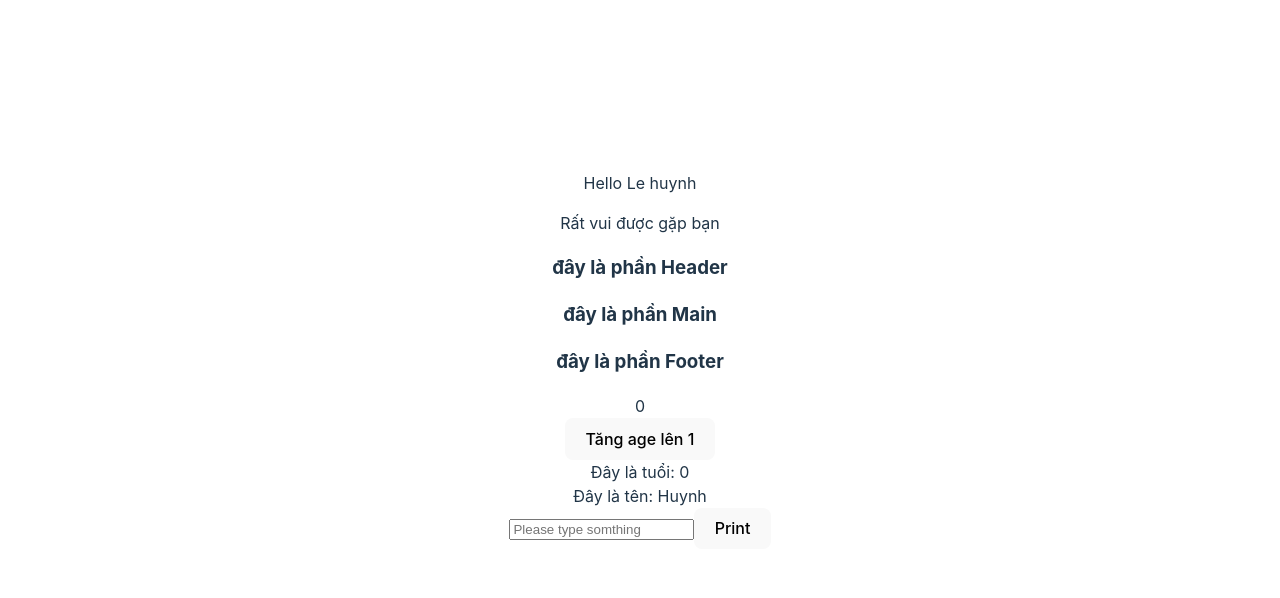
Repository: Lehuyhuynh/BT_ReactJs
Page: / (app in vite-project/)
An editor plug-in stored every save of this project. The page is shown before and after a run of saves, followed by the edit.
The browser window is 1280 px wide. The pictures show the whole page.
The project was rebuilt for these pictures with package versions that can differ from the ones it lists, and the page was loaded fresh each time. Also part of the build but not shown: vite-project/vite.config.js.

Above is the page before, as saved 2023-09-25 14:37:18.

### vite-project/src/App.jsx
import HelloWorld from "./BaiHoc9/HelloWorld";
import BTH2 from "./BaiHoc9/BTH2";
import BTH3 from "./BaiHoc9/BTH3.JSX";
import BTH4 from "./BaiHoc9/BTH4";
import "./App.css";

function App() {
  return (
    <>
      <HelloWorld></HelloWorld>
      <BTH2></BTH2>
      <BTH3></BTH3>
      <BTH4></BTH4>
    </>
  );
}

export default App;

### vite-project/src/BaiHoc9/HelloWorld.jsx
function HelloWorld() {
  const user = {
    ho: "Le",
    name: "huynh",
  };
  return (
    <div>
      Hello {user.ho} {user.name}
      <p>Rất vui được gặp bạn</p>
    </div>
  );
}
export default HelloWorld;

### vite-project/src/BaiHoc9/BTH2.jsx
function BTH2() {
  return (
    <div>
      <h3>đây là phần Header</h3>
      <h3>đây là phần Main</h3>
      <h3>đây là phần Footer</h3>
    </div>
  );
}
export default BTH2;

### vite-project/src/BaiHoc9/BTH3.JSX
import { useState } from "react";

const DemoComponent = (props) => {
  console.log(3, props);
  return (
    <div>
      <div>Đây là tuổi: {props.age}</div>
      <div>Đây là tên: {props.displayName}</div>
    </div>
  );
};
function BTH3() {
  const [age, setAge] = useState(0);
  const [name, setName] = useState("Huynh");

  const onIncreaseAge = () => {
    setAge(age + 1);
    setName();
  };

  return (
    <div className="container">
      <div>{age}</div>
      <button onClick={onIncreaseAge}>Tăng age lên 1</button>
      <DemoComponent age={age} displayName={name} />
    </div>
  );
}
export default BTH3;

### vite-project/src/BaiHoc9/BTH4.jsx
import { useState } from "react";

function BTH4() {
  const [userInput, setUserInput] = useState("");
  const handleInputChange = (e) => {
    setUserInput(e.target.value);
    console.log(5, setUserInput(e.target.value));
  };
  const handleButtonClick = () => {
    alert(userInput);
  };
  return (
    <div>
      <input
        type="text"
        name="user"
        placeholder="Please type somthing"
        onChange={handleInputChange}
      />
      <button onClick={handleButtonClick}>Print</button>
    </div>
  );
}
export default BTH4;

### vite-project/src/BaiHoc9/BT1.jsx
function BT1() {
  return (

  )
}
export default BT1;

Loaded but not shown: vite-project/index.html (common file); vite-project/src/main.jsx (common file); vite-project/src/index.css (common file); vite-project/src/App.css (common file)

After the next 2 saves:
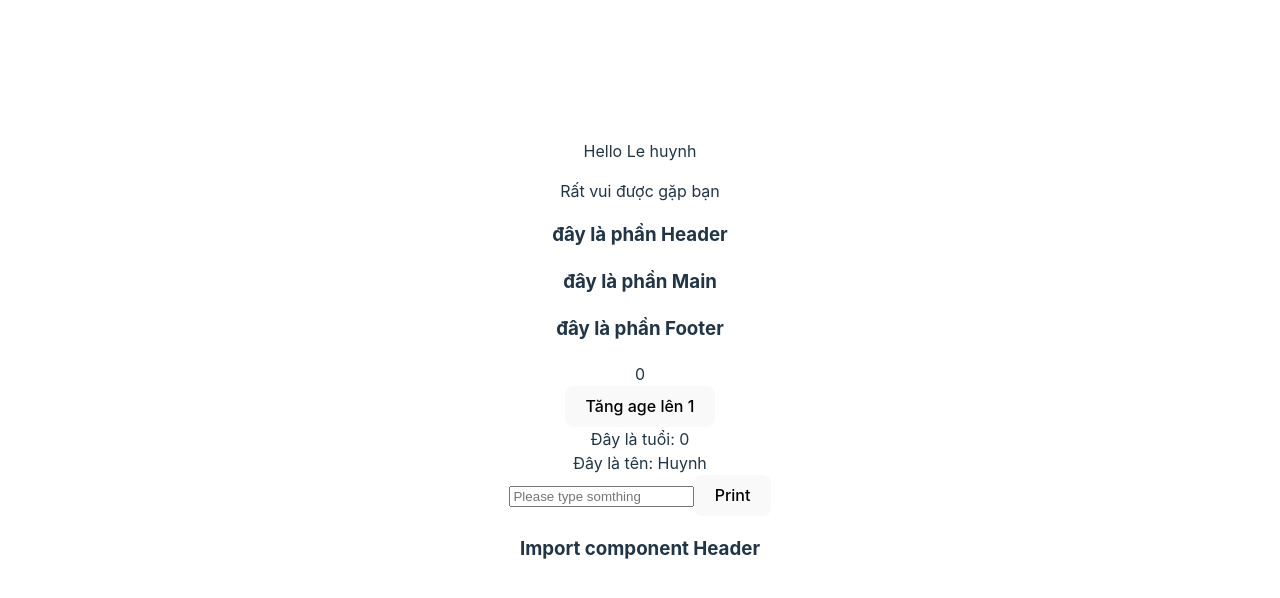
The 2 saves are shown as one change because 1 did not build or start.
The last was saved 96 s later.
--- a/vite-project/src/App.jsx
+++ b/vite-project/src/App.jsx
@@ -2,6 +2,7 @@ import HelloWorld from "./BaiHoc9/HelloWorld";
 import BTH2 from "./BaiHoc9/BTH2";
 import BTH3 from "./BaiHoc9/BTH3.JSX";
 import BTH4 from "./BaiHoc9/BTH4";
+import BT1 from "./BaiHoc9/BT1";
 import "./App.css";
 
 function App() {
@@ -11,6 +12,7 @@ function App() {
       <BTH2></BTH2>
       <BTH3></BTH3>
       <BTH4></BTH4>
+      <BT1></BT1>
     </>
   );
 }
--- a/vite-project/src/BaiHoc9/BT1.jsx
+++ b/vite-project/src/BaiHoc9/BT1.jsx
@@ -1,6 +1,4 @@
 function BT1() {
-  return (
-
-  )
+  return <h3> Import component Header</h3>;
 }
 export default BT1;
